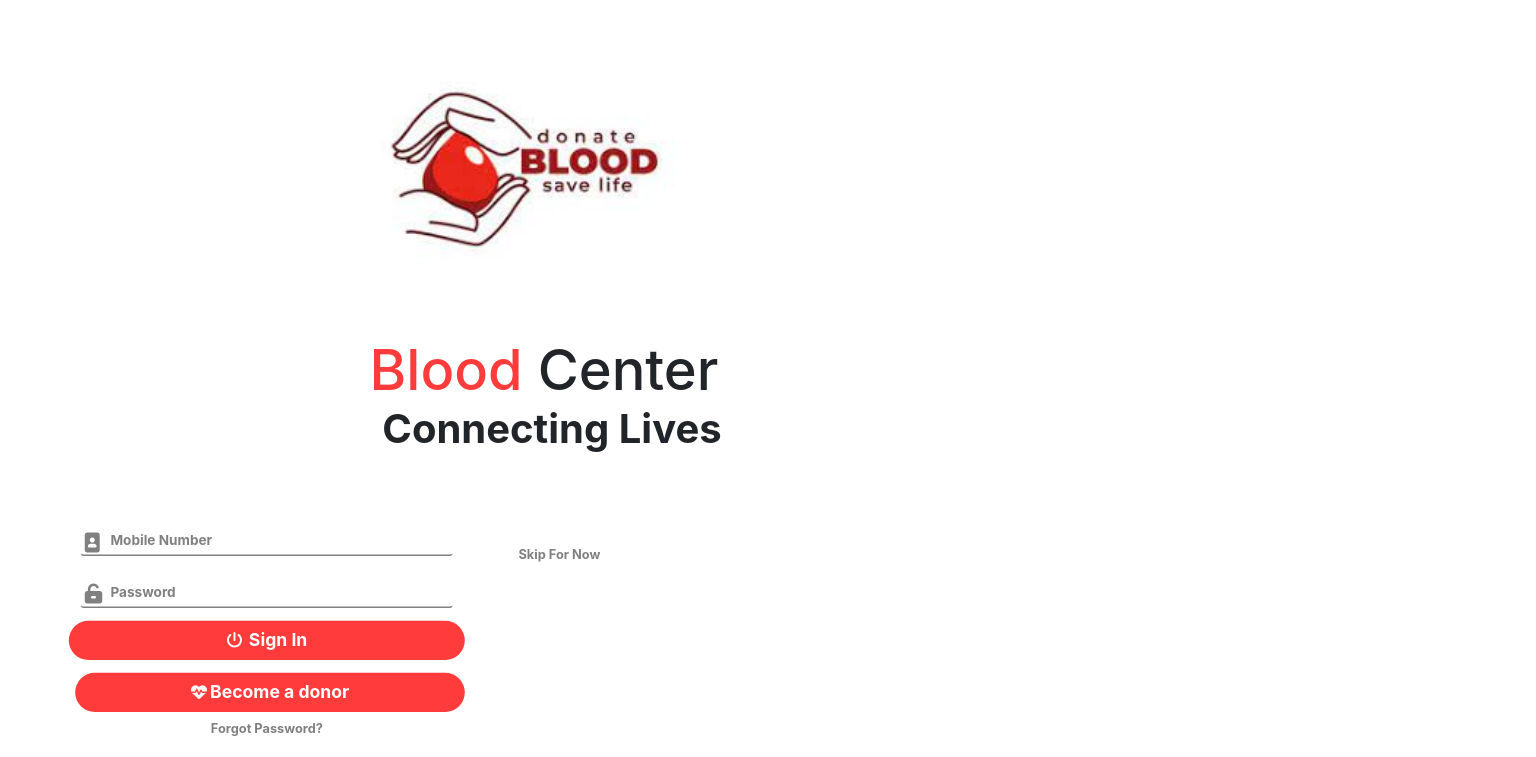
Repository: syedali042/jbds
Page: /
The author's editor kept a copy of each file at every save. The page is drawn from the files as they stood at one save, then again after the next save.
The browser window is 1280 px wide. The page is 1920 px wide, then 1280 px, so the pictures cover 1920 px, including what lies to the right of the window. The pictures show the whole page, at 80% of full size.
Some web libraries are served in a nearby version. The project was rebuilt for these pictures with package versions that can differ from the ones it lists, and the page was loaded fresh each time. Also part of the build but not shown: src/components/Header.js, src/components/About.js, src/components/Register.js, src/components/Header2.js, src/components/Home.js, src/components/Header4.js, src/components/Request.js, src/components/Header3.js and 1 more.

Above is the page before, as saved 2021-11-09 20:39:55.

### public/index.html
<!DOCTYPE html>
<html lang="en">
  <head>
    <meta charset="utf-8" />
    <link rel="icon" href="%PUBLIC_URL%/favicon.ico" />
    <meta name="viewport" content="width=device-width, initial-scale=1" />
    <meta name="theme-color" content="#000000" />
    <meta
      name="description"
      content="Web site created using create-react-app"
    />
    <!--FontAwesome-->
    <script src="https://kit.fontawesome.com/f4576591a8.js" crossorigin="anonymous"></script>
    <!--FontAwesome ends-->
    <!--bootstrap-->
    <link rel="stylesheet" href="https://maxcdn.bootstrapcdn.com/bootstrap/4.0.0/css/bootstrap.min.css"
      integrity="sha384-Gn5384xqQ1aoWXA+058RXPxPg6fy4IWvTNh0E263XmFcJlSAwiGgFAW/dAiS6JXm" crossorigin="anonymous">
    <!--bootstrap ends-->
    <link rel="apple-touch-icon" href="%PUBLIC_URL%/logo192.png" />
    <!--
      manifest.json provides metadata used when your web app is installed on a
      user's mobile device or desktop. See https://developers.google.com/web/fundamentals/web-app-manifest/
    -->
    <link rel="manifest" href="%PUBLIC_URL%/manifest.json" />
    <!--
      Notice the use of %PUBLIC_URL% in the tags above.
      It will be replaced with the URL of the `public` folder during the build.
      Only files inside the `public` folder can be referenced from the HTML.

      Unlike "/favicon.ico" or "favicon.ico", "%PUBLIC_URL%/favicon.ico" will
      work correctly both with client-side routing and a non-root public URL.
      Learn how to configure a non-root public URL by running `npm run build`.
    -->
    <title>React App</title>
  </head>
  <body>
    <noscript>You need to enable JavaScript to run this app.</noscript>
    <div id="root"></div>
    <!--Jquery-->
    <script src="https://code.jquery.com/jquery-3.2.1.slim.min.js"
      integrity="sha384-KJ3o2DKtIkvYIK3UENzmM7KCkRr/rE9/Qpg6aAZGJwFDMVNA/GpGFF93hXpG5KkN" crossorigin="anonymous"></script>
    <script src="https://cdnjs.cloudflare.com/ajax/libs/popper.js/1.12.9/umd/popper.min.js"
      integrity="sha384-ApNbgh9B+Y1QKtv3Rn7W3mgPxhU9K/ScQsAP7hUibX39j7fakFPskvXusvfa0b4Q" crossorigin="anonymous"></script>
    <script src="https://maxcdn.bootstrapcdn.com/bootstrap/4.0.0/js/bootstrap.min.js"
      integrity="sha384-JZR6Spejh4U02d8jOt6vLEHfe/JQGiRRSQQxSfFWpi1MquVdAyjUar5+76PVCmYl" crossorigin="anonymous"></script>
    <!--Jquery ends-->
  </body>
</html>

### src/App.js
import './App.css';
import Login from './components/Login';
import About from './components/About';
import Register from './components/Register';
import Home from './components/Home';
import Request from './components/Request';
import Create from './components/Create';
import {
  BrowserRouter as Router,
  Switch,
  Route,
  Link
} from "react-router-dom";


function App() {
  return (
    <Router>
      <Switch>
        <Route path="/About">
          <About/>
        </Route>
        <Route path="/Login">
          <Login />
        </Route>
        <Route path="/Register">
          <Register />
        </Route>
        <Route path="/Create">
          <Create />
        </Route>
        <Route path="/Request">
          <Request />
        </Route>
        <Route path="/Home">
          <Home />
        </Route>
        <Route path="/">
          <Login />
        </Route>
      </Switch>
    </Router>
  );
}

export default App;

### src/App.css
*{
  margin: 0;
  padding: 0;
}
.con{
  font-size: 25px;
  font-weight: bold;
  position: relative;
  bottom: 35px;
  padding: 5px;
}
.em{
  border: none;
  border-bottom: 2px solid gray;
}
.pass{
  border: none;
  border-bottom: 2px solid gray;
}
.placehorder::placeholder {
  font-weight: bolder;
  color: gray;
  position: relative;
  left: 25px;
  font-size: 17px;
}
.forgot{
  color: gray;
  font-weight: bolder;
}
.login{
  color: gray;
  font-weight: bolder;
}
.fa-portrait{
  font-size: 20px;
  position: relative;
  top: 30px;
  left: 5px;
  color: gray;
}
.fa-unlock-alt{
   font-size: 20px;
  position: relative;
  top: 30px;
  left: 5px;
  color: gray;
}
.sign{
  width: 230px;
  position: relative;
  font-size: 22px;
  border-radius: 30px;
  background-color: #FF3B3B;
  color: white;
  font-weight: bolder;
  border: none;
}
.fa-power-off{
  font-size: 20px;
  position: relative;

  color: white ;
}
.donor{
  width: 230px;
  position: relative;
  font-size: 22px;
  border-radius: 30px;
  background-color: #FF3B3B;
  color: white;
  font-weight: bolder;
  border: none;
  letter-spacing: o.1;
}
.fa-heartbeat{
   font-size: 20px;
  position: relative;

  color: white ;
}
@media screen and (max-width: 440px){

  .con{
  font-size: 20px;
  font-weight: bold;
  position: relative;
  bottom: 35px;
  padding: 5px;
}
.blood{
  font-size: 27px;
}
.formik{
  position: relative;
  bottom: 50px;
}
.pass{
  border: none;
  border-bottom: 2px solid gray;

}

.donor{
  width: 210px;
  position: relative;
  font-size: 22px;
  border-radius: 30px;
  background-color: #FF3B3B;
  color: white;
  font-weight: bolder;
  border: none;
  letter-spacing: o.1;
}
.sign{
  width: 210px;
  position: relative;
  font-size: 22px;
  border-radius: 30px;
  background-color: #FF3B3B;
  color: white;
  font-weight: bolder;
  border: none;
}

}
@media screen and (min-width: 768px){


  .img{
  position: relative;
  width: 400px;
  left: 40px;
}
  .con{
  font-size: 50px;
  font-weight: bold;
  position: relative;
  bottom: 35px;
  padding: 5px;
  left: 50px;
}
.blood{
  font-size: 70px;
  position: relative;
  left: 40px;
}

.name{
  border: none;
  border-bottom: 2px solid gray;
   margin-top: 10px;
  height: 70px;
}


.adress{
    border: none;
  border-bottom: 2px solid gray;
   margin-top: 10px;
  height: 70px;
}
input::placeholder {
  font-weight: bolder;
  color: gray;
  position: relative;
  left: 45px;
  font-size: 30px;
}
.fa-portrait{
  font-size: 25px;
  position: relative;
  top: 37px;
  left: 5px;
  color: gray;
}
.fa-unlock-alt{
   font-size: 25px;
  position: relative;
  top: 35px;
  left: 5px;
  color: gray;
}
.fa-mobile-alt{
    font-size: 30px;
  position: relative;
  top: 55px;
  left: 5px;
  color: gray;
}
.fa-map-marker-alt{
   font-size: 30px;
  position: relative;
  top: 55px;
  left: 5px;
  color: gray;
}
.fa-disease{
 font-size: 30px;
  position: relative;
  top: 55px;
  left: 5px;
  color: gray;
}

.sign{
  width: 300px;
  position: relative;
  font-size: 22px;
  border-radius: 30px;
  background-color: #FF3B3B;
  color: white;
  font-weight: bolder;
  border: none;
}

.donor{
  width: 300px;
  position: relative;

  font-size: 22px;
  border-radius: 30px;
  background-color: #FF3B3B;
  color: white;
  font-weight: bolder;
  border: none;
  letter-spacing: o.1;
}

}
.header{
  background-color: #FF3B3B;
  padding: 3px;
}
.fa-chevron-left{
  color: white;
}
.profile{
  color: white;

}
.kelly{
  font-size: 23px;
  font-weight: bolder;
}
.girl{
  width: 70px;
  border-radius: 50px;
  margin-left: 50px;
  position: relative;
  bottom: 10px;
}
.r1{
  margin-top: 40px;
}

.name{
  border: none;
  border-bottom: 2px solid gray;
}
.num{
   border: none;
  border-bottom: 2px solid gray;
}
.adress{
    border: none;
  border-bottom: 2px solid gray;
}
.r2{
  background-color: rgb(247, 238, 238);
  border-radius: 15px;
  border: 1px solid transparent;
}
.update{

  position: relative;
  font-size: 22px;
  border-radius: 30px;
  background-color: #FF3B3B;
  color: white;
  font-weight: bolder;
  border: none;
}
.fa-mobile-alt{
   font-size: 20px;
  position: relative;
  top: 30px;
  left: 5px;
  color: gray;
}
.bloodGroup{
   border: none;
  border-bottom: 2px solid gray;
}
.fa-disease{
  font-size: 20px;
  position: relative;
  top: 30px;
  left: 5px;
  color: gray;
}
.city{
  border: none;
  border-bottom: 2px solid gray;
}
.fa-map-marker-alt{
  font-size: 20px;
  position: relative;
  top: 30px;
  left: 5px;
  color: gray;
}
.fa-arrow-right{
   font-size: 30px;
  position: relative;
 top: 5px;
  color:white;
}
.bodyOfHeader2{
   background-color: #FF3B3B;
   color: white;
}
.fa-search{
  position: relative;
  left: 90%;
  bottom: 30px;
  color: gray;
  font-size: 25px;
}
.groups{
 display: flex;
 margin-left: 5px;
}
.groups >div {
  background-color: #FF3B3B;
  width: 30px;
  margin: 7px;
  text-align: center;
  font-size: 20px;
  color: white;
  border-radius: 5px;
}
.HomeRow{
  border-bottom: 1px solid gray;
}
.sidebar{
  width: 60%;
  height: 100vh;
  position: absolute;
  background-color: #FF3B3B ;
  z-index: 1;
}
.create{
  color: white;
  margin-right: 30px;
}
.conReq{
  margin-top: 20px;
  background-color: rgb(216, 220, 230);
  border-radius: 5px;
}

### src/components/Login.js
import React from 'react';
import {Formik} from 'formik';


function Login() {
    return (

            <div className="container">
                <div className="d-flex align-items-center justify-content-center">
                    <div>
                        <img src="./images/download.jfif" alt="there is no image" className="img"/>
                        <h2 className="blood text-center"><span style={{color:'#FF3B3B'}}>Blood</span> Center</h2><br>
                        </br>
                        <h5 className="con text-center">Connecting Lives</h5>
                    </div>
                </div>
                <div className="container">
                    <div className="row p-3">
                        <div>
                            <Formik
                                initialValues={{ email: '', password: '' }}
                                validate={values => {
                                    const errors = {};
                                    if (!values.email) {
                                        errors.email = 'Required';
                                    } else if (
                                        !/^[A-Z0-9._%+-]+@[A-Z0-9.-]+\.[A-Z]{2,}$/i.test(values.email)
                                    ) {
                                        errors.email = 'Invalid email address';
                                    }
                                    return errors;
                                }}
                                onSubmit={(values, { setSubmitting }) => {
                                    setTimeout(() => {
                                        alert(JSON.stringify(values, null, 2));
                                        setSubmitting(false);
                                    }, 400);
                                }}
                            >
                                {({
                                    values,
                                    errors,
                                    touched,
                                    handleChange,
                                    handleBlur,
                                    handleSubmit,
                                    isSubmitting,
                                    /* and other goodies */
                                }) => (
                                <form onSubmit={handleSubmit} className="formik">
                                    <i className="fas fa-portrait"></i>
                                        <input
                                        type="email" className="placehorder form-control em"
                                            name="email"
                                            onChange={handleChange}
                                            onBlur={handleBlur}
                                            value={values.email}
                                            placeholder="Mobile Number"

                                        />

                                        {errors.email && touched.email && errors.email}
                                    <i className="fas fa-unlock-alt"></i>
                                        <input
                                        type="password" className="placehorder form-control pass"
                                            name="password"
                                            onChange={handleChange}
                                            onBlur={handleBlur}
                                            value={values.password}
                                            placeholder="Password"
                                        />

                                        {errors.password && touched.password && errors.password}
                                    <div className="row d-flex align-items-center justify-content-center">
                                        <button type="submit" disabled={isSubmitting} className="sign p-2 mt-3 w-100">
                                            <i className="fas fa-power-off mr-2 "></i>Sign In
                                        </button>
                                        <button className="donor p-2 mt-3 ml-2 w-100">
                                            <i className="fas fa-heartbeat mr-1 "></i>Become a donor
                                        </button>
                                        <a href="#" className="forgot p-2">Forgot Password?</a>

                                    </div>

                                    </form>
                                )}
                            </Formik>
                        </div>
                    </div>
                </div>
                <div className="position-absolute" style={{bottom:15, width:'100%', left:'50%', right:'auto'}}>
                    <a href="/home" className="text-decoration-none forgot p-2">Skip For Now</a>
                </div>
            </div>
    )
}

export default Login

Loaded but not shown: src/index.js (common file); src/index.css (common file); src/reportWebVitals.js (common file)

After the next save:
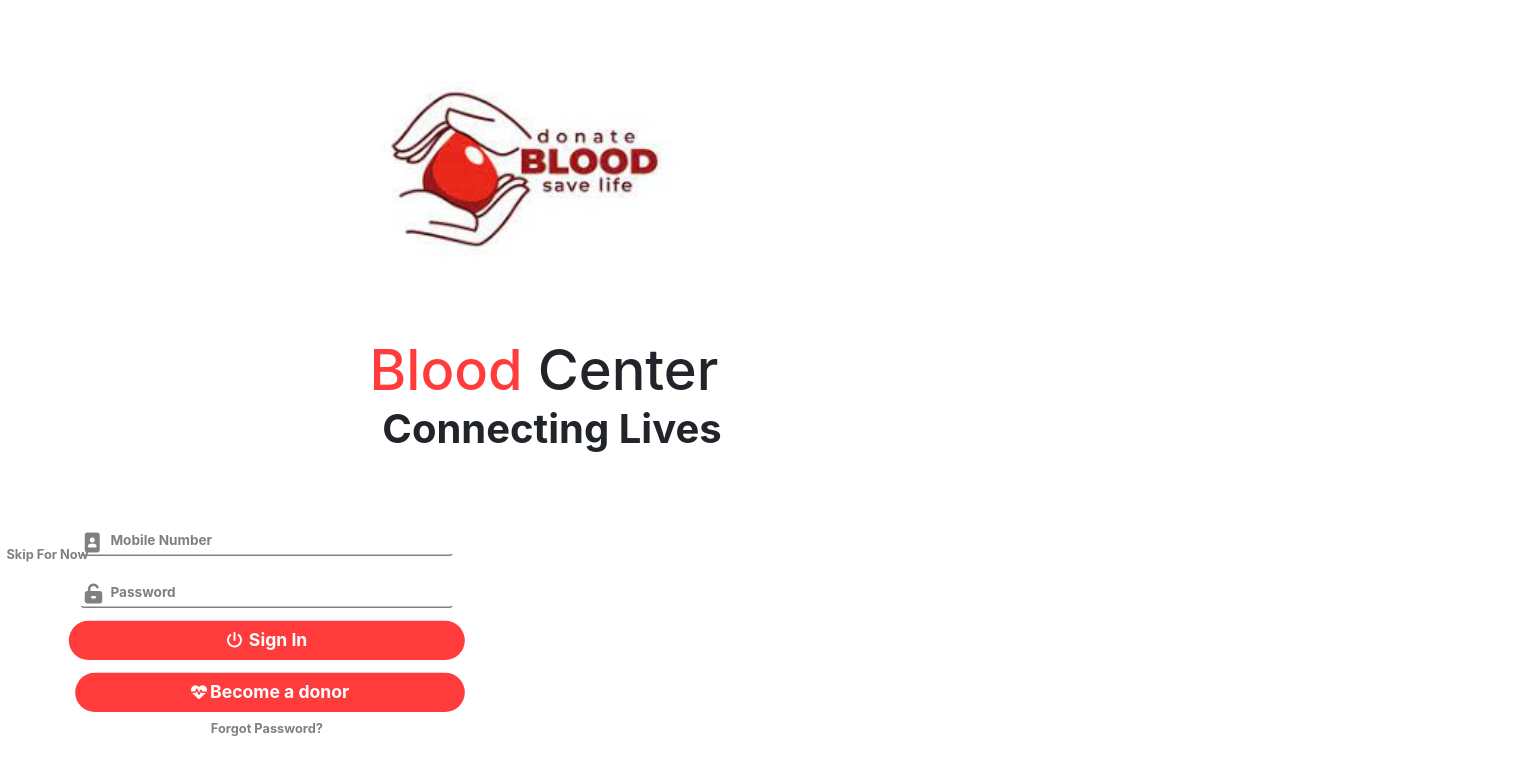
Saved 24 s later.
--- a/src/components/Login.js
+++ b/src/components/Login.js
@@ -88,7 +88,7 @@ function Login() {
                         </div>
                     </div>
                 </div>
-                <div className="position-absolute" style={{bottom:15, width:'100%', left:'50%', right:'auto'}}>
+                <div className="position-absolute" style={{bottom:15, width:'100%', left:'50%', transform:'translateX(-50%)'}}>
                     <a href="/home" className="text-decoration-none forgot p-2">Skip For Now</a>
                 </div>
             </div>
